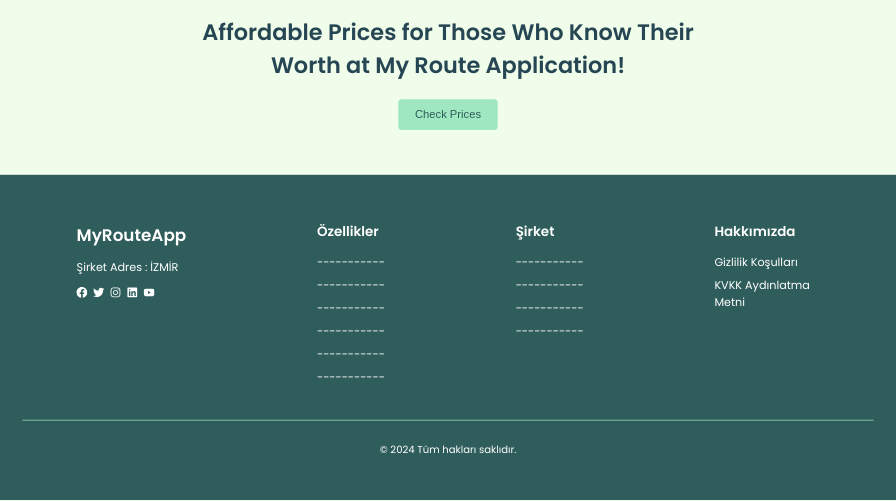
Repository: senolinanyasar/myrouteapplication
Page: /features
The author's editor kept a copy of each file at every save. The page is drawn from the files as they stood at one save, then again after a run of saves.
The browser window is 1280 px wide. The pictures show the part of the page from y = 2714 to 4634 px (the page is 3429 px tall before and 5032 px after), at 70% of full size.
The project was rebuilt for these pictures with package versions that can differ from the ones it lists, and the page was loaded fresh each time. Also part of the build but not shown: vite.config.js.

Above is the page before, as saved 2024-11-14 22:42:32.

### src/index.css
@import url('https://fonts.googleapis.com/css2?family=Poppins:wght@400;600&display=swap');

body {
  font-family: 'Poppins', sans-serif;
  color: #264653;
  background-color: #f1faee;
  margin: 0;
  padding: 0;
  box-sizing: border-box;
}

code {
  font-family: source-code-pro, Menlo, Monaco, Consolas, 'Courier New',
    monospace;
}

### src/App.js
import React from 'react';
import HomePage from './components/HomePage';

function App() {
  return (
    <div className="App">
      <HomePage/>
    </div>
  );
}

export default App;

### src/components/HomePage.js
// HomePage.js
import React from 'react';
import TopBar from './TopBar';
import Header from './Header';
import HeroSection from './HeroSection';
import FeaturesSection from './FeaturesSection';
import PricingSection from './PricingSection';
import SupportSection from './SupportSection';
import Footer from './Footer';

const HomePage = () => {
    return (
        <div>
            <TopBar />
            <Header />
            <HeroSection />
            <FeaturesSection />
            <SupportSection />
            <PricingSection />
            <Footer />
        </div>
    );
};

export default HomePage;

### src/components/TopBar.js
// TopBar.js
import React from 'react';
import './TopBar.css';

const TopBar = () => {
    return (
        <div className="top-bar">
            <div className="top-bar-content">
                <span>Help</span>
                <span>0232 323 3223</span>
                <a href="#contact">Contact</a>
            </div>
        </div>
    );
};

export default TopBar;

### src/components/Header.js
// Header.js
import React from 'react';
import './Header.css';

const Header = () => {
    return(
        <header className="header">
            <div className="header-logo">logo</div>
            <nav className="header-nav">
                <a href="#features">Features</a>
                <a href="#industries">Industries</a>
                <a href="#pricing">Price</a>
                <a href="#about">About Us</a>
                <a href='#contact'>Contact</a>
            </nav>
            <div className="header-buttons">
                <button className="login-button">Sing in</button>
                <button className="register-button">Sing Up</button>
            </div>
        </header>
    );
};


export default Header;

### src/components/HeroSection.js
// HeroSection.js
import React from 'react';
import './HeroSection.css';
import herosectionimage from '../images/hero1.webp';

const HeroSection = () =>{
    return(
        <section className="hero">
            <div className='hero-content'>
                <div className='hero-text'>
                    <h2>Customer Finding and Account Management Application Coming from the Heart of Commerce</h2>
                    <p>Increase your sales by finding your customers quickly.</p>
                    <button className='cta-button'>Let's Get it</button>
                </div>
                <div className='hero-image'>
                    <img src={herosectionimage} alt="Hero"/>
                </div>
            </div>
        </section>
    );
};

export default HeroSection;

### src/components/FeaturesSection.js
// FeaturesSection.js
import React from 'react';
import './FeaturesSection.css';
import locationImage from '../images/location.jpg';

const FeaturesSection = () => {
    return (
        <section className="features-section">
            <h2 className='features-title'>Everything You Need <br /> in One Application</h2>
            <div className='feature'>
                <div className='feature-text'>
                    <h3>Finding customers is now very easy!</h3>
                    <p>Expand your market by quickly finding customers in the sector you sell to with our location finder plugin</p>

                <button className='cta-button'>Detail</button>
            </div>
            <div className='feature-image'>
            <img src={locationImage} alt="Location Feature" />
            </div>
            </div>

            <div className='feature'>
                <div className='feature-text'>
                    <h3>Finding customers is now very easy!</h3>
                    <p>Expand your market by quickly finding customers in the sector you sell to with our location finder plugin</p>

                <button className='cta-button'>Detail</button>
            </div>
            <div className='feature-image'>
            <img src={locationImage} alt="Location Feature" />
            </div>
            </div>
            <div className='feature'>
                <div className='feature-text'>
                    <h3>Finding customers is now very easy!</h3>
                    <p>Expand your market by quickly finding customers in the sector you sell to with our location finder plugin</p>

                <button className='cta-button'>Detail</button>
            </div>
            <div className='feature-image'>
            <img src={locationImage} alt="Location Feature" />
            </div>
            </div>
            <div className='feature'>
                <div className='feature-text'>
                    <h3>Finding customers is now very easy!</h3>
                    <p>Expand your market by quickly finding customers in the sector you sell to with our location finder plugin</p>

                <button className='cta-button'>Detail</button>
            </div>
            <div className='feature-image'>
            <img src={locationImage} alt="Location Feature" />
            </div>
            </div>
        </section>
    );
};

export default FeaturesSection;

### src/components/PricingSection.js
// PricingSection.js
import React from "react";
import './PricingSection.css';

const PricingSection = () => {
    return (
        <section className="pricin-section">
          <div className="price-content">
          <h2>Affordable Prices for Those Who Know Their Worth at My Route Application!</h2>
          <button className="cta-button">Check Prices</button>
          </div>
      </section>
    );
};

export default PricingSection;

### src/components/SupportSection.js
//SupportSection.js
import React from "react";
import './SupportSection.css';
import supportImage from '../images/supportimage.jpg';


const SupportSection = () =>{
    return (
        <section className="support-section">
            <div className="support-content">
                <div className="support-text">
                <h2>We're Here for You When You Need Us!</h2>
          <p>We care about your business as much as you do.</p>
          <p>Whenever you need support, we are just a phone call away!</p>
          <button className="cta-button">Contact Us</button>
                </div>
                <div className="support-image">
                <img src={supportImage} alt="Support Team" />
                </div>
            </div>
        </section>
    );
};

export default SupportSection;

### src/components/Footer.js
// Footer.js

import React from 'react';
import './Footer.css';
import { FaFacebook, FaInstagram, FaLinkedin, FaTwitter, FaYoutube } from 'react-icons/fa';

const Footer = () => {
    return (
        <footer className="footer">
            <div className='footer-container'>
                {/* Logo ve Adres */}
                <div className='footer-logo-section'>
                    <h2 className='footer-logo'>MyRouteApp</h2>
                    <p>Şirket Adres : İZMİR</p>
                    <div className='social-icons'>
                        <FaFacebook />
                        <FaTwitter />
                        <FaInstagram />
                        <FaLinkedin />
                        <FaYoutube />
                    </div>
                </div>

                {/* Site Haritası */}
                <div className="footer-links">
                    <h3>Özellikler</h3>
                    <ul>
                        <li>-----------</li>
                        <li>-----------</li>
                        <li>-----------</li>
                        <li>-----------</li>
                        <li>-----------</li>
                        <li>-----------</li>
                    </ul>
                </div>

                <div className="footer-links">
                    <h3>Şirket</h3>
                    <ul>
                        <li>-----------</li>
                        <li>-----------</li>
                        <li>-----------</li>
                        <li>-----------</li>
                    </ul>
                </div>

                <div className="footer-links">
                    <h3>Hakkımızda</h3>
                    <ul>
                        <li>Gizlilik Koşulları</li>
                        <li>KVKK Aydınlatma Metni</li>
                    </ul>
                </div>
            </div>

            <div className="footer-bottom">
                <p>&copy; 2024 Tüm hakları saklıdır.</p>
            </div>
        </footer>
    );
};

export default Footer;

### src/components/TopBar.css
/* TopBar.css */

.top-bar {
    background-color: #2f5d5b;
    color: white;
    padding: 0.5rem;
    font-size: 0.9rem;
    display: flex;
    justify-content: center;
    position: fixed;
    top: 0;
    width: 99%;
    z-index: 1000;
}
.top-bar-content {
    display: flex;
    gap: 1rem;
    align-items: center;
    justify-content: flex-end;
    width: 100%;
}

.top-bar-content span{
    color: #ffffff;
}
.top-bar-content a{
    color: #9fe7c0;
    text-decoration: none;
    transition: color 0.3s;
}

.top-bar-content a:hover{
    color: #c3f2d0;
}

### src/components/Header.css
/* Header.css */
.header{
    display: flex;
    justify-content: space-between;
    align-items: center;
    padding: 1rem 2rem;
    background-color: #2f5d5b;
    color: white;
    margin-top: 2rem;
    position: sticky;
    top: 2rem;
    z-index: 999;
}


.header-logo {
    font-size: 1.5rem;
    font-weight: bold;
}
.header-nav a{
    margin: 0 1rem;
    color: white;
    text-decoration: none;
}
.header-nav a:hover {
    color: #e9c46a;
  }

.header-buttons button{
    margin-left: 1rem;
    padding: 0.5rem 1rem;
    border: none;
    border-radius: 5px;
}

.login-button{
    background-color: #2f5d5b;
    color: white;
}

.register-button{
    background-color: #9fe7c0;
    color: black;
}

### src/components/HeroSection.css
.hero {
    padding: 4rem 2rem;
    background-color: #2f5d5b;
    color: white;

}

.hero-content {
    display: flex;
    align-items: center;
    justify-content: space-between;
    max-width: 1000px;
    margin: 0 auto;
}

.hero-text {
    flex: 1;
    margin-right: 2rem;
}

.hero h2 {
    font-size: 2.5rem;
    margin-bottom: 1rem;

}

.hero p {
    font-size: 1.2rem;
    margin-bottom: 2rem;

}

.cta-button {
    padding: 0.8rem 1.5rem;
    font-size: 1rem;
    color: #2f5d5b;
    background-color: #9fe7c0;
    border: none;
    border-radius: 5px;
    cursor: pointer;
    transition: background-color 0.3s ease;
}

.cta-button:hover {
    background-color: #c3f2d0;
}

.hero-image {
    flex: 1;
    max-width: 500px;
    height: auto;

}

.hero-image img {
    width: 100%;
    height: auto;
    object-fit: cover;
    border-radius: 10px;
}

### src/components/FeaturesSection.css
/* FeaturesSection.css */
.features-section {
    padding: 4rem 2rem;
    text-align: center;
}

.features-title {
    font-size: 2rem;
    font-weight: 600;
    color: #264653;
    margin-bottom: 3rem;
    line-height: 1.2;
}



.feature {
    display: flex;
    align-items: center;
    justify-content: center;
    gap: 2rem;
    margin-bottom: 4rem;
    flex-direction: row;
}

.feature:nth-child(even) {
    flex-direction: row-reverse;
}

.feature-text {
    flex: 1;
    max-width: 500px;
    text-align: left;
}

.features h3 {
    font-size: 1.8rem;
    font-weight: 600;
    color: #264653;
    margin-bottom: 1rem;
}

.feature-text p {
    font-size: 1.1rem;
    color: #6d6d6d;
    margin-bottom: 1.5rem;
}

.cta-button {
    padding: 0.8rem 1.5rem;
    font-size: 1rem;
    color: #2f5d5b;
    background-color: #9fe7c0;
    border: none;
    border-radius: 5px;
    cursor: pointer;
    transition: background-color 0.3s ease;
    text-align: center;
}

.cta-button:hover {
    background-color: #c3f2d0;
}

.feature-image {
    flex: 1;
    max-width: 400px;
    height: auto;
}

.feature-image img {
    width: 100%;
    height: auto;
    object-fit: cover;
    border-radius: 10px;
}

### src/components/PricingSection.css
/* PricingSection.css */

.pricin-section{
    background-color: #f0fdeb;
    padding: 4rem 2rem;
    text-align: center;
}
.price-content{
    max-width: 800px;
    margin:  0 auto;
}

.price-content h2{
    font-size: 2rem;
    font-weight: 600;
    color: #264653;
    margin-bottom: 1.5rem;
}

.cta-button {
    padding: 0.8rem 1.5rem;
    font-size: 1rem;
    color: #2f5d5b;
    background-color: #9fe7c0;
    border: none;
    border-radius: 5px;
    cursor: pointer;
    transition: background-color 0.3s ease;
  }

  .cta-button:hover {
    background-color: #c3f2d0;
  }

### src/components/SupportSection.css
/*SupportSection.css */
.support-section{
    background-color: #f9fafb;
    padding: 4rem 2rem;
    display: flex;
    justify-content: center;
    align-items: center;
}

.support-content{
    display: flex;
    align-items: center;
    justify-content: space-between;
    max-width: 1200px;
    gap: 2rem;
}

.support-text{
    flex: 1;
    max-width: 500px;
    text-align: left;
}
.support-text h2{
    font-size: 2rem;
    color: #264653;
    margin-bottom: 1rem;
}

.support-text p {
    font-size: 1.1rem;
    color: #6d6d6d;
    margin-bottom: 1rem;
  }

  .cta-button {
    padding: 0.8rem 1.5rem;
    font-size: 1rem;
    color: #2f5d5b;
    background-color: #9fe7c0;
    border: none;
    border-radius: 5px;
    cursor: pointer;
    transition: background-color 0.3s ease;
  }

  .cta-button:hover {
    background-color: #c3f2d0;
  }

  .support-image {
    flex: 1;
    max-width: 500px;
  }

  .support-image img {
    width: 100%;
    height: auto;
    object-fit: cover;
    border-radius: 10px;
  }

### src/components/Footer.css
/* Footer.css */

.footer {
    background-color: #2f5d5b;
    color: white;
    padding: 3rem 2rem;
}
.footer-container{
    display: flex;
    flex-wrap: wrap;
    justify-content: space-around;
    gap: 2rem;
}

.footer-logo-seciton{
    max-width: 200px;
}

.footer-logo{
    font-size: 1.5rem;
    margin-bottom: 1rem;
}
.footer-logo-seciton p{
    margin-bottom: 1rem;
}
.social-icons{
    display: flex;
    gap: 0.5rem;
}
.social-icons svg:hover{
    color: #9fe7c0;
}
.footer-links{
    max-width: 150px;
}
.footer-links h3{
    font-size: 1.2rem;
    margin-bottom: 1rem;
}
.footer-links ul{
    list-style: none;
    padding: 0;
}
.footer-links ul li {
    margin-bottom: 0.5rem;
    cursor: pointer;
    transition: color 0.3s;
}
.footer-links ul li:hover{
    color: #9fe7c0;
}

.footer-bottom {
    text-align: center;
    margin-top: 2rem;
    font-size: 0.9rem;
    border-top: 1px solid #9fe7c0;
    padding-top: 1rem;
}

### src/components/IndustriesTab.js
// IndustriesTab.js
import React, { useState } from "react";
import './IndustriesTab.css';
import distributorImage from '../images/supportimage.jpg'
import wholesaleImage from '../images/supportimage.jpg'
import productionImage from '../images/supportimage.jpg'




const IndustriesContent = {
    distributorFieldSales: {
        title: "Distributor / Field Sales",
        description: "Ideal for field sales teams and distributors to streamline customer engagement and sales management.",
        image: distributorImage,
        features: [
            { title: "Location-Based Customer Search", text: "Find potential customers nearby to target efficiently in the field." },
            { title: "Customer Management", text: "Organize and manage your customer database with ease." },
            { title: "Sales Tracking", text: "Track sales performance and gather insights." },
            { title: "Reporting", text: "Generate comprehensive sales reports to assess performance." }
        ]
    },
    wholesaleRetail: {
        title: "wholesale / Retail Sales",
        description: "Designed for wholesale and retail businesses to manage inventory and customer interactions seamlessly.",
        image: wholesaleImage,
        features: [
            { title: "Customer Management", text: "Maintain customer profiles and track interactions." },
            { title: "Inventory Tracking", text: "Keep accurate inventory records and prevent stock issues." },
            { title: "Sales Tracking", text: "Monitor sales across retail and wholesale channels." },
            { title: "Basic Accounting", text: "Manage finances and transactions for better accounting." },
            { title: "Reporting", text: "Generate sales and stock reports to optimize operations." }
        ]

    },
    production: {
        title: "Production",
        description: "Perfect for manufacturing businesses to manage stock and production-related customer needs.",
        image: productionImage,
        features: [
            { title: "Inventory Tracking", text: "Track raw materials and finished goods efficiently." },
            { title: "Customer Management", text: "Organize customer details for efficient order processing." },
            { title: "Basic Accounting", text: "Handle finances and basic bookkeeping." },
            { title: "Reporting", text: "Generate production and sales reports for operational insights." }
        ]
    }
};


const IndustriesTab = () => {
    const [activaTab, setActiveTab] = useState("distributorFieldSales");
    const handleTabChange = (tab) => {
        setActiveTab(tab);
    };

    const { title, description, image, features } = industriesContent[activeTab];
    return (
        <section className="industries-tab">
            <h2 className="tabs-title">Industries We Serve</h2>
            <div className="tabs-buttons">
                <button onClick={() => handleTabChange("distributorFieldSales")}>Distributor / Field Sales</button>
                <button onClick={() => handleTabChange("wholesaleRetail")}>Wholesale / Retail Sales</button>
                <button onClick={() => handleTabChange("production")}>Production</button>
            </div>
            <div className="tabs-content">
                <div className="tabs-text">
                    <h3>{title}</h3>
                    <p>{description}</p>
                    {features.map((feature,index)=> (
                        <div key={index} className="tabs-feature">
                            <strong>{feature.title}</strong>
                            <p>{feature.text}</p>
                            </div>
                    ))}
                </div>
                <div className="tabs-image">
                    <img src={image} alt={title}/>
                </div>
            </div>
        </section>
    );
};

export default IndustriesTab;

### src/components/IndustriesTab.css
/*IndustriesTab */

.industries-tab{
    background-color: #ffffff;
    padding: 4rem 2rem;
    text-align: center;
}

.tabs-title{
    font-size: 2rem;
    font-weight: 600;
    color: #264653;
    margin-bottom: 2rem;
}

.tabs-buttons{
    display: flex;
    justify-content: center;
    gap: 1rem;
    margin-bottom: 2rem;
}

.tabs-buttons button{
    padding: 0.8rem 1.5rem;
    font-size: 1rem;
    color: #2f5d5b;
    background-color: #e0f7e7;
    border: none;
    border-radius: 5px;
    cursor: pointer;
    transition: background-color 0.3s ease;
}

.tabs-buttons button:hover,
.tabs-buttons button:focus{
    background-color: #9fe7c0;
}

.tabs-content{
    display: flex;
    justify-content: space-around;
    align-items: center;
    background-color: #f7faff;
    padding: 2rem;
    border-radius: 10px;
    box-shadow: 0 4px 10px rgba(0, 0, 0, 0.1);
    max-width: 100px;
    margin:  0 auto;
}

.tabs-text {
    flex: 1;
    text-align: left;
    padding-left: 2rem;
}

.tabs-text h3 {
    font-size: 1.5rem;
    color: #264653;
    margin-bottom: 1rem;
}
.tabs-text p {
    color: #6d6d6d;
    margin-bottom: 1.5rem;
}

.tabs-feature{
    margin-bottom: 1rem;
}

.tabs-feature strong {
    display: block;
    color: #264653;
    margin-bottom: 0.3rem;
}

.tabs-image{
    flex: 1;
    max-width: 400px;
}

.tabs-image img{
    width: 100%;
    height: auto;
    border-radius: 10px;
    object-fit: cover;
}

Loaded but not shown: public/index.html (common file); src/index.js (common file); src/reportWebVitals.js (common file)

After the next 3 saves:
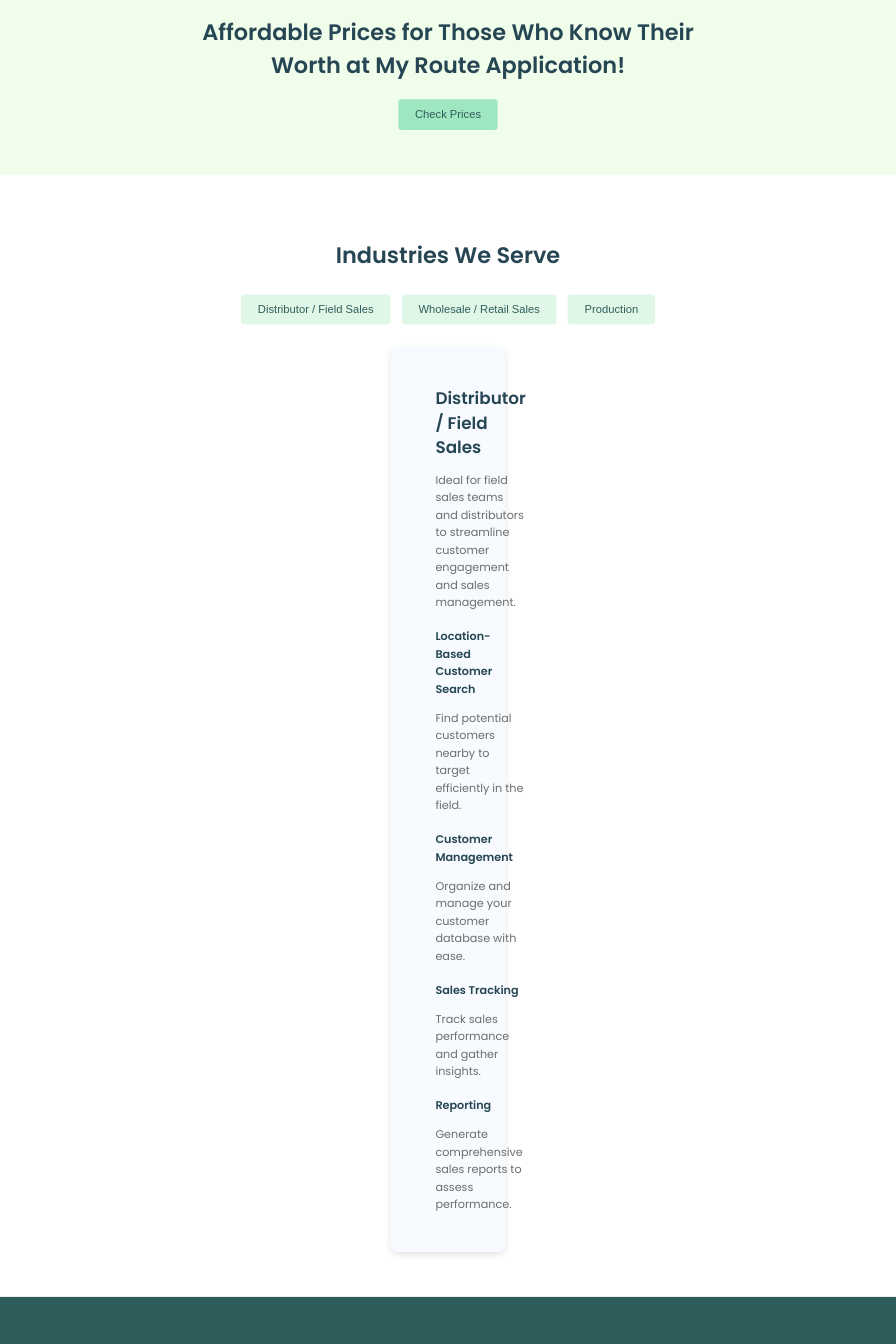
The 3 saves are shown as one change because 2 did not build or start.
The last was saved 9 min 22 s later.
--- a/src/components/HomePage.js
+++ b/src/components/HomePage.js
@@ -6,6 +6,7 @@ import HeroSection from './HeroSection';
 import FeaturesSection from './FeaturesSection';
 import PricingSection from './PricingSection';
 import SupportSection from './SupportSection';
+import IndustriesTab from './IndustriesTab';
 import Footer from './Footer';
 
 const HomePage = () => {
@@ -17,6 +18,7 @@ const HomePage = () => {
             <FeaturesSection />
             <SupportSection />
             <PricingSection />
+            <IndustriesTab />
             <Footer />
         </div>
     );
--- a/src/components/IndustriesTab.js
+++ b/src/components/IndustriesTab.js
@@ -8,7 +8,7 @@ import productionImage from '../images/supportimage.jpg'
 
 
 
-const IndustriesContent = {
+const industriesContent = {
     distributorFieldSales: {
         title: "Distributor / Field Sales",
         description: "Ideal for field sales teams and distributors to streamline customer engagement and sales management.",
@@ -48,7 +48,7 @@ const IndustriesContent = {
 
 
 const IndustriesTab = () => {
-    const [activaTab, setActiveTab] = useState("distributorFieldSales");
+    const [activeTab, setActiveTab] = useState("distributorFieldSales");
     const handleTabChange = (tab) => {
         setActiveTab(tab);
     };
